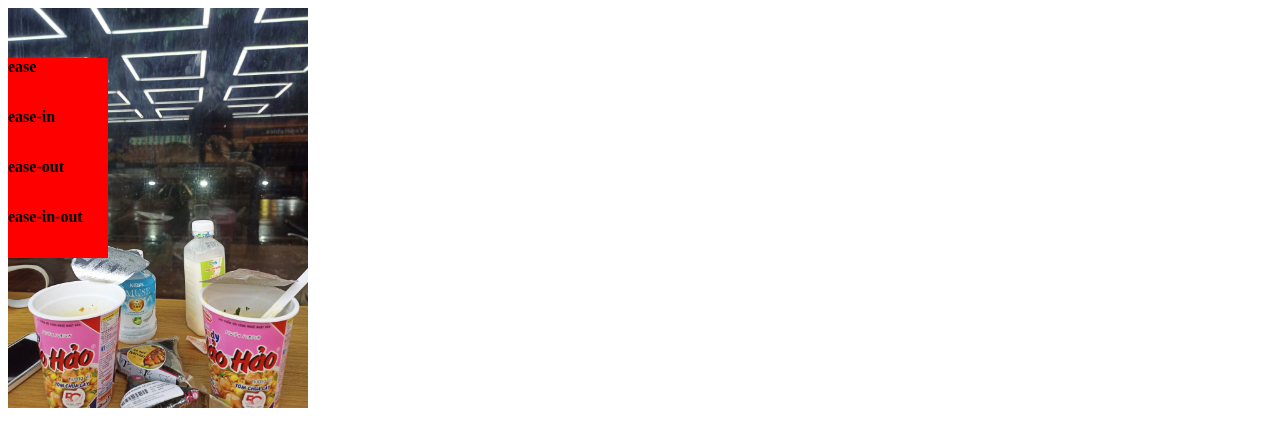
Repository: Hanhanh06/0907
Page: code/0908.html
The author's editor kept a copy of each file at every save. The page is drawn from the files as they stood at one save, then again after the next save.
The browser window is 1280 px wide. The pictures show the whole page.

Above is the page before, as saved 2023-08-07 14:37:27.

### code/0908.html
<!DOCTYPE html>
<html lang="en">
<head>
    <meta charset="UTF-8">
    <meta name="viewport" content="width=device-width, initial-scale=1.0">
    <title>Document</title>
</head>

        <head>
        <style>
        div {
          width: 100px;
          height: 50px;
          background-color: red;
          font-weight: bold;
          position: relative;
          animation: mymove 5s infinite;
        }

        #div1 {animation-timing-function: linear;}
        #div2 {animation-timing-function: ease;}
        #div3 {animation-timing-function: ease-in;}
        #div4 {animation-timing-function: ease-out;}
        #div5 {animation-timing-function: ease-in-out;}

        @keyframes mymove {
          from {left: 0px;}
          to {left: 300px;}
        }
        </style>
        </head>
        <body>

       <div id="div1"> <img src="01.jpg" alt="Hình ảnh không tồn tại" width="300px"> </div>


        <div id="div2">ease</div>
        <div id="div3">ease-in</div>
        <div id="div4">ease-out</div>
        <div id="div5">ease-in-out</div>



</body>
</html>

After the next save:
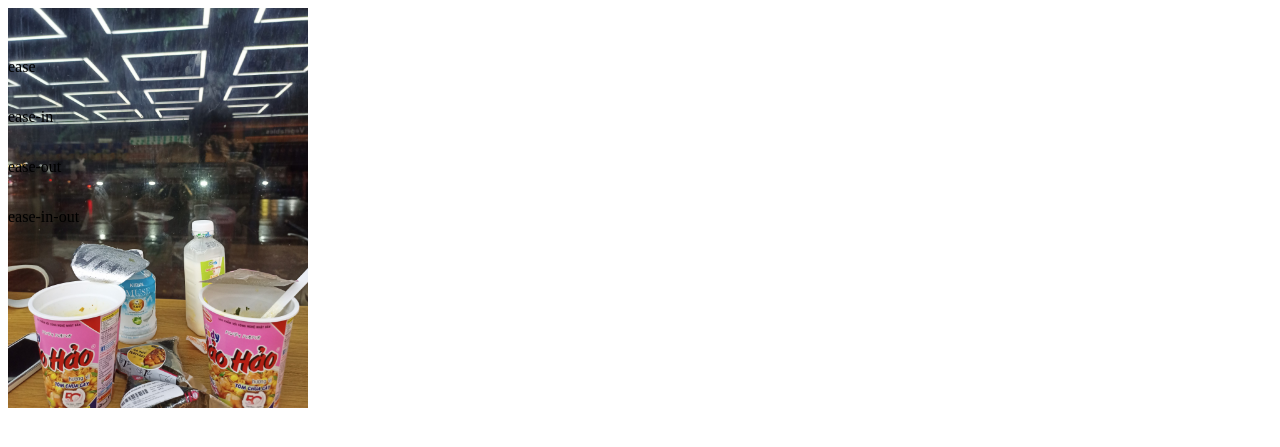
Saved 24 s later.
--- a/code/0908.html
+++ b/code/0908.html
@@ -11,9 +11,7 @@
         div {
           width: 100px;
           height: 50px;
-          background-color: red;
-          font-weight: bold;
-          position: relative;
+
           animation: mymove 5s infinite;
         }
 

After the save that followed:
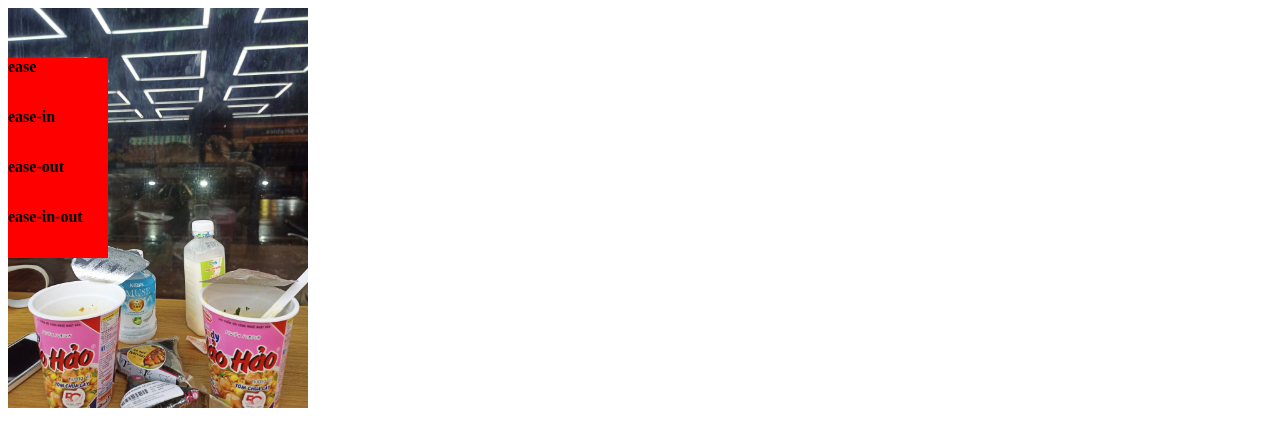
Saved 7 s later.
--- a/code/0908.html
+++ b/code/0908.html
@@ -11,7 +11,9 @@
         div {
           width: 100px;
           height: 50px;
-
+          background-color: red;
+          font-weight: bold;
+          position: relative;
           animation: mymove 5s infinite;
         }
 
